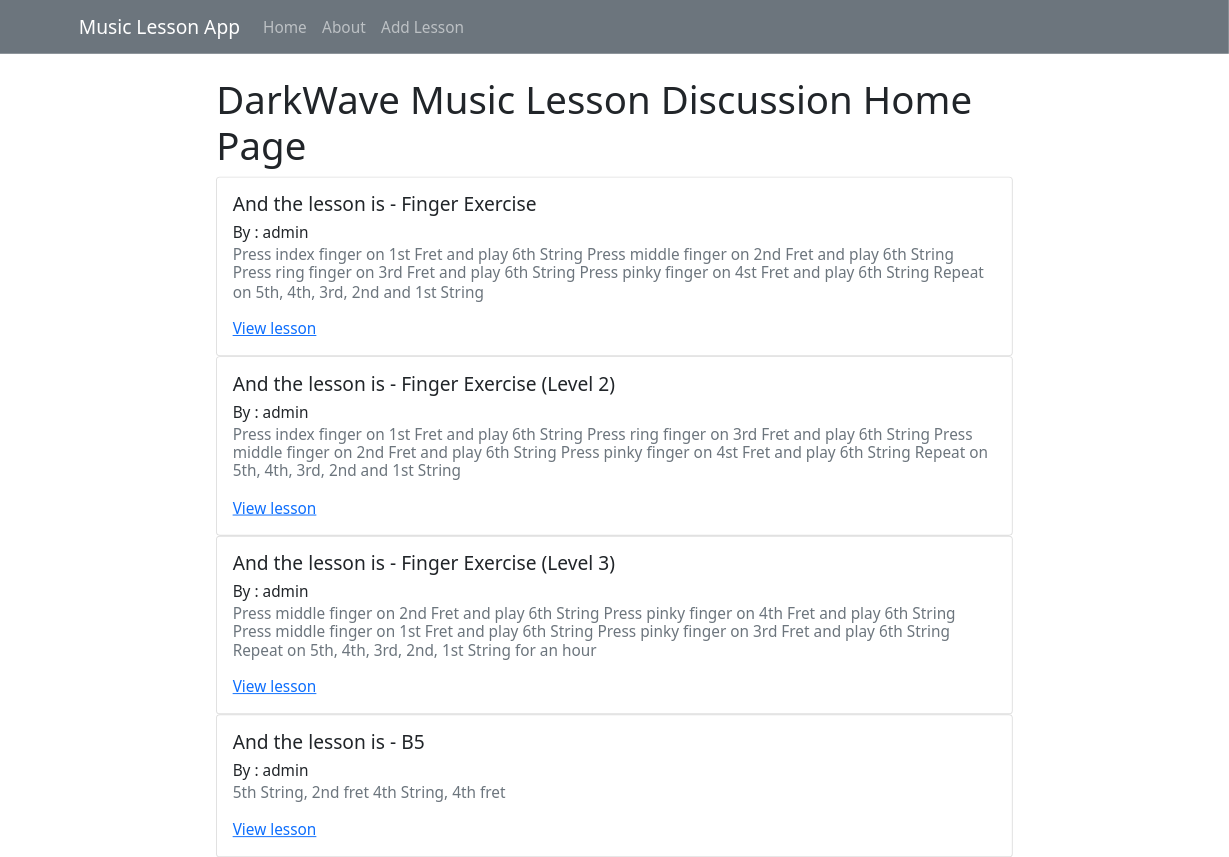
Repository: lordjdsama/NewDevopps
Page: http://localhost/
The author's editor kept a record of every edit. The page is drawn from the files as they stood at one moment, then again after the next edit.
The browser window is 1280 px wide. The pictures show the whole page, at 96% of full size.
The page is served by the project's application, run on Django 2.2 (manage.py). The page reads the database file committed with the project.

Above is the page before.

After the next edit:
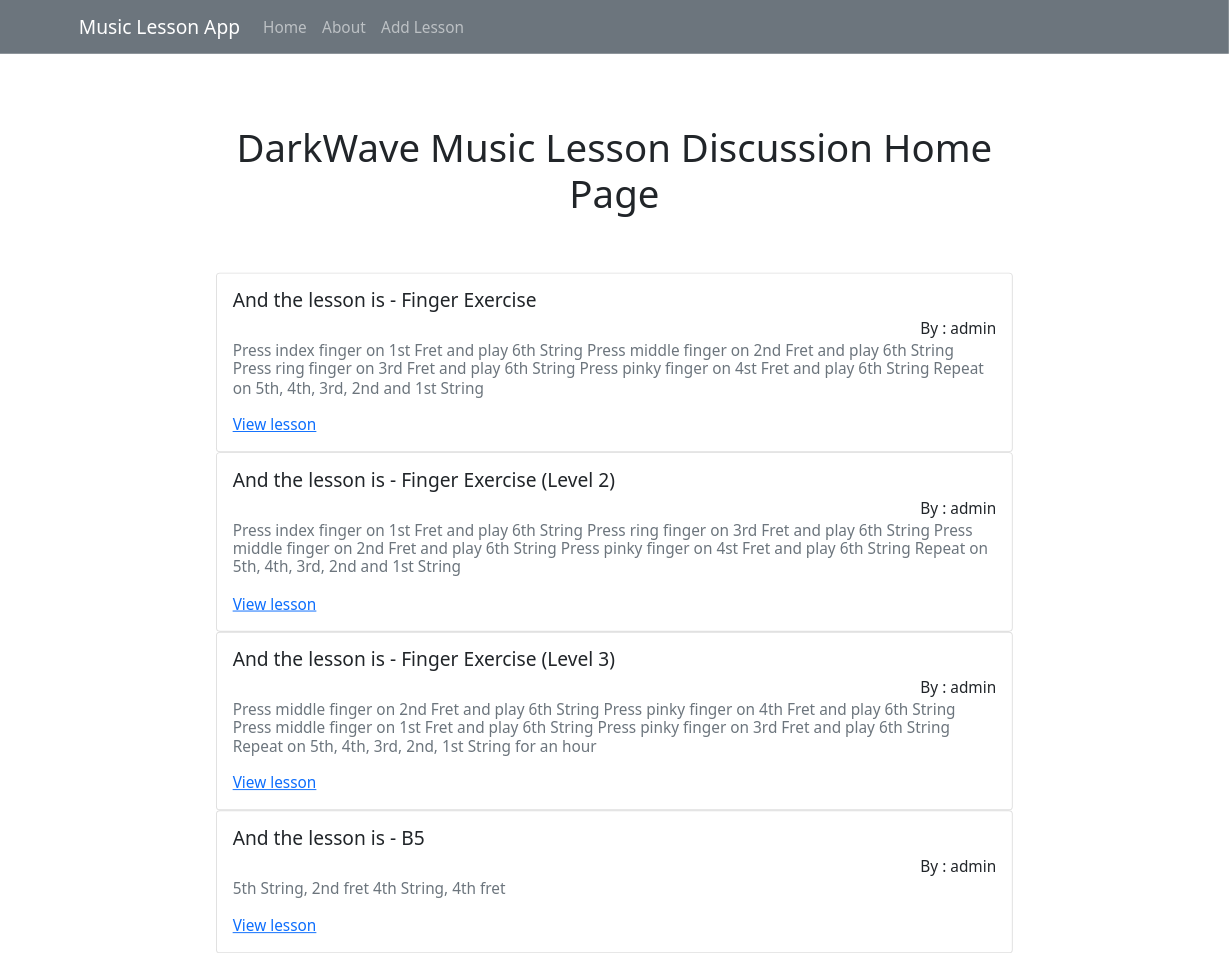
The edit:
--- a/lessons/templates/lessons/base.html
+++ b/lessons/templates/lessons/base.html
@@ -20,8 +20,7 @@
      integrity="sha384-EVSTQN3/azprG1Anm3QDgpJLIm9Nao0Yz1ztcQTwFspd3yD65VohhpuuCOmLASjC"
      crossorigin="anonymous">
 
-     <link src="/lessons/templates/css/base.css"
-     rel="stylesheet" >
+     <link  rel="stylesheet" type="text/css" href="/static/css/base.css">
 
 <body class="bgcolor">
 
